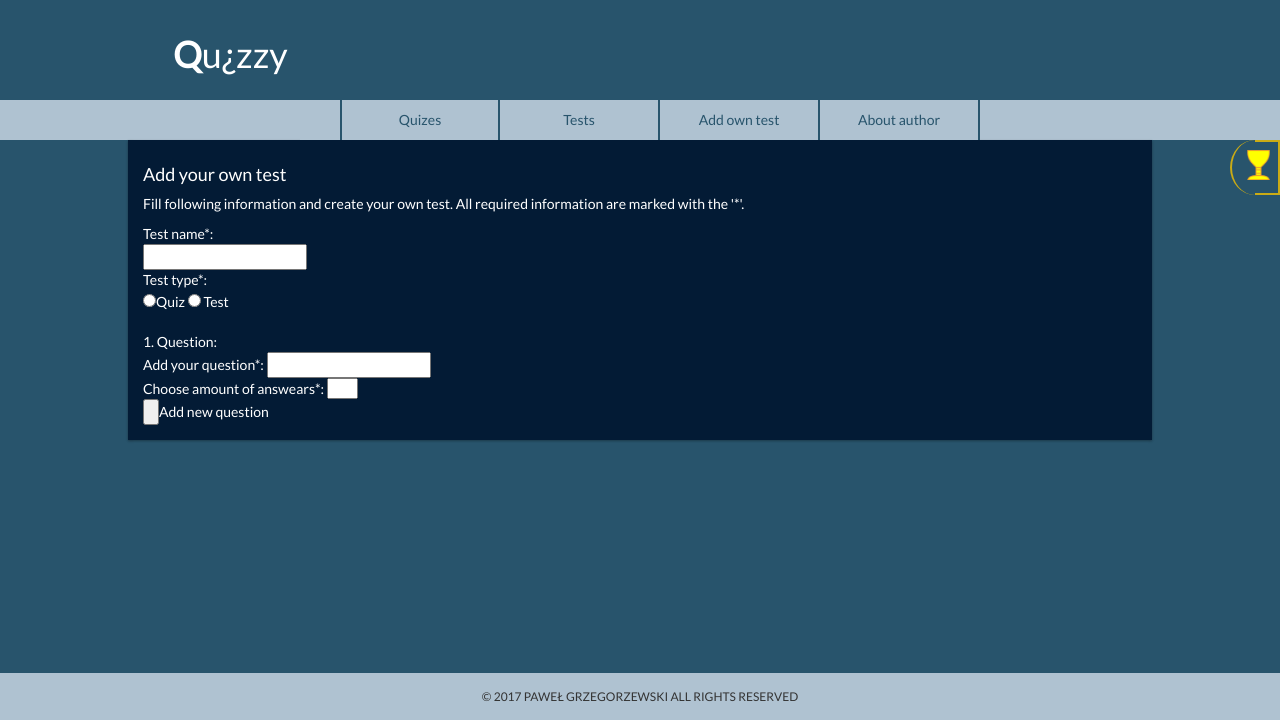
Repository: pgrzegorzewski/quiz
Page: http://localhost/app/add_test.php
An editor plug-in stored every save of this project. The page is shown before and after the next save, followed by the edit.
The browser window is 1280 px wide. The pictures show the whole page.
Some web libraries are served in a nearby version. The page is run by PHP 8.4 with error messages shown; the project is at /var/www/html/.

Above is the page before, as saved 2017-09-10 18:31:03.

After the next save:
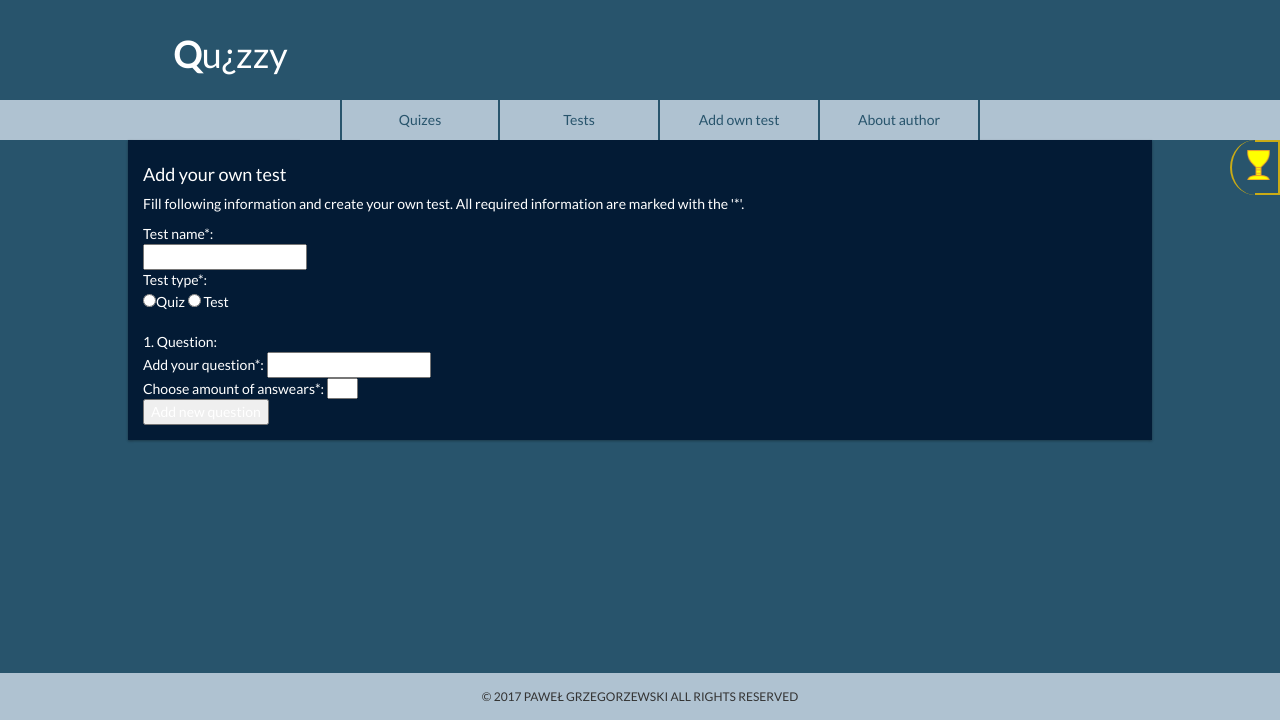
Saved 111 s later.
--- a/htdocs/app/learningapp/app/add_test.php
+++ b/htdocs/app/learningapp/app/add_test.php
@@ -82,7 +82,7 @@
 				  <option value="4">4</option>
 				</select>
 				<div class = "answearsAdd"></div>
-				<input class = "nextQuestionAdd" type = "button">Add new question</input>
+				<input class = "nextQuestionAdd" type = "button" value = "Add new question">
 				</form>
 			</div>
 		</div>
